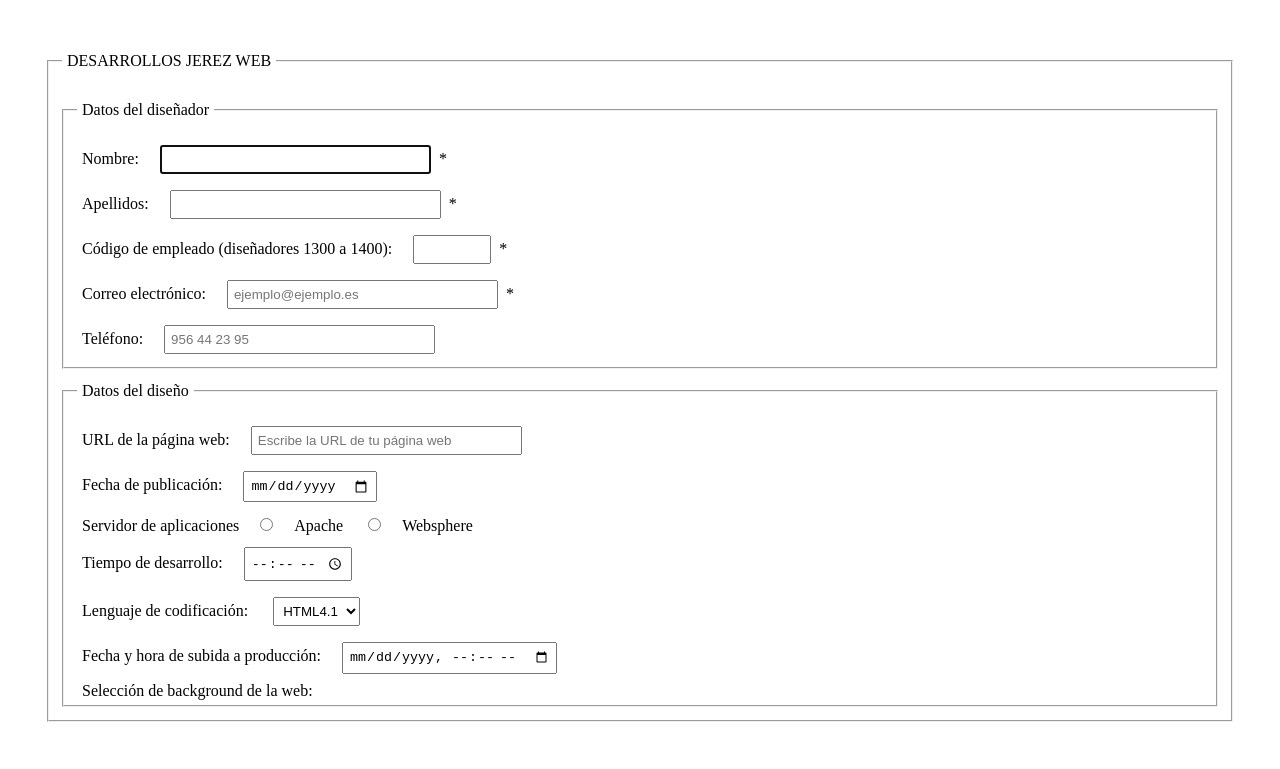
Repository: iSaan86/EV_Practica_FormularioCSS
Page: index.html
These files come from the project's save history. The page is drawn as it stood at one moment and after the next save; the edit follows.
The browser window is 1280 px wide. The pictures show the whole page.

Above is the page before, as saved 2024-01-11 17:09:03.

After the next save:
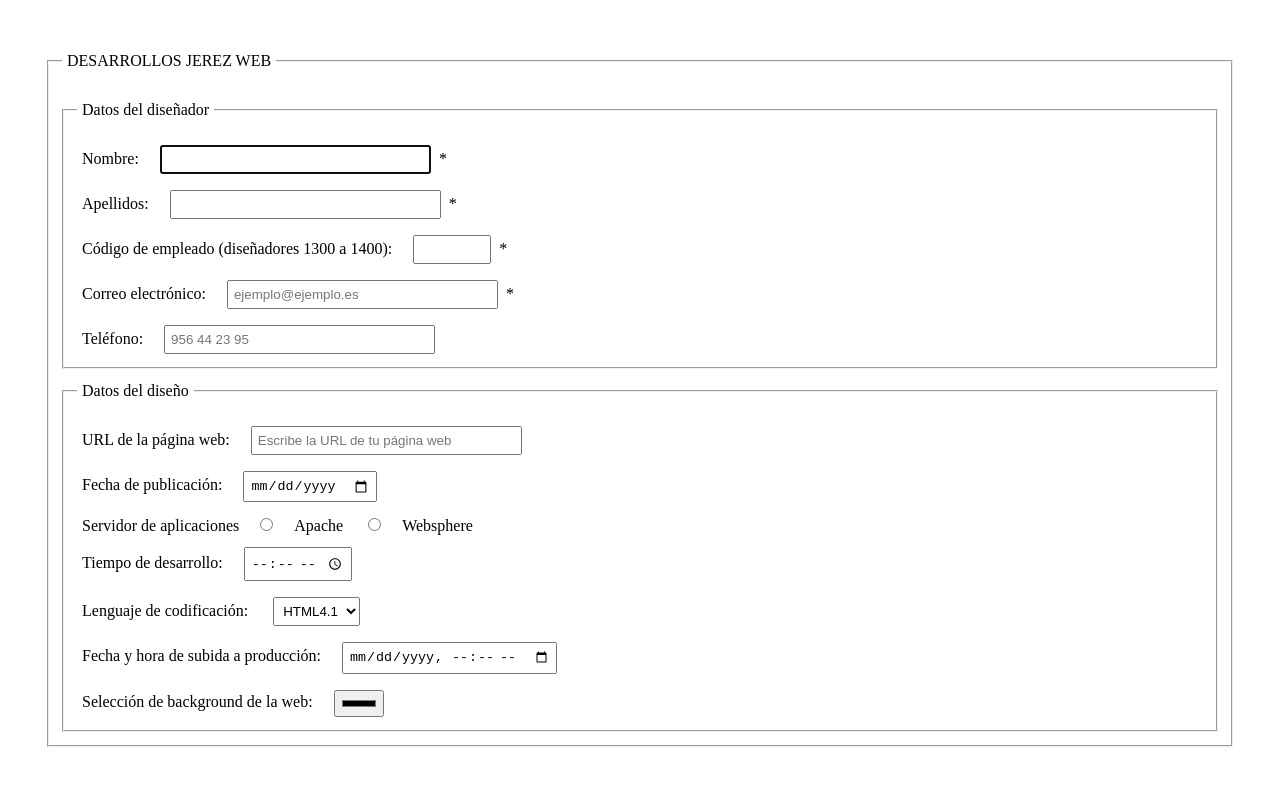
Saved 77 s later.
--- a/index.html
+++ b/index.html
@@ -38,7 +38,7 @@
                     <option value="html5">HTML5</option>
                 </select><br>
                 <label for="fechayhora">Fecha y hora de subida a producción:</label><input type="datetime-local" name="fechayhora" size="30%"><br>
-                <label for="fondo">Selección de background de la web:</label>
+                <label for="fondo">Selección de background de la web:</label><input type="color" name="fondo" size="30%">
             </fieldset>
 
 
